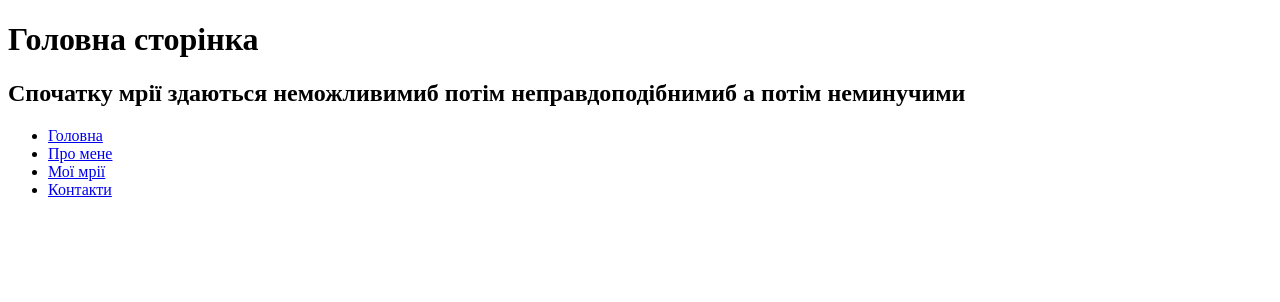
Repository: alexandrastarovoyda-star/homework_info
Page: html/pr1.html
These files come from the project's save history. The page is drawn as it stood at one moment and after the next save; the edit follows.
The browser window is 1280 px wide. The pictures show the whole page.

Above is the page before, as saved 2026-01-13 19:47:28.

After the next save:
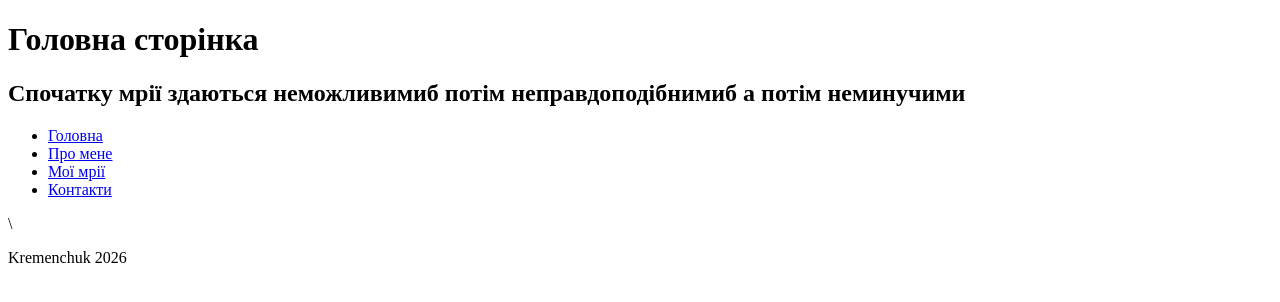
Saved 2 min 29 s later.
--- a/html/pr1.html
+++ b/html/pr1.html
@@ -6,8 +6,8 @@
     </head>
     <body>
         <header>
-            <h1 class="center">Головна сторінка</h1>
-            <h2 class="center">Спочатку мрії здаються неможливимиб потім неправдоподібнимиб а потім неминучими</h2>
+            <h1 class="cn">Головна сторінка</h1>
+            <h2 class="cn">Спочатку мрії здаються неможливимиб потім неправдоподібнимиб а потім неминучими</h2>
         </header>
         <nav>
             <ul>
@@ -17,5 +17,15 @@
             <li><a href="contacts.html">Контакти</a></li>
             </ul>
         </nav>
+        <main>
+            <p></p>
+            <p class="rg"></p>
+            <p class="cn"></p>
+            <p class="lf"></p>
+            <p class="jf"></p>
+        </main>\
+        <footer>
+            <p>Kremenchuk 2026</p>
+        </footer>
     </body>
 </html>
